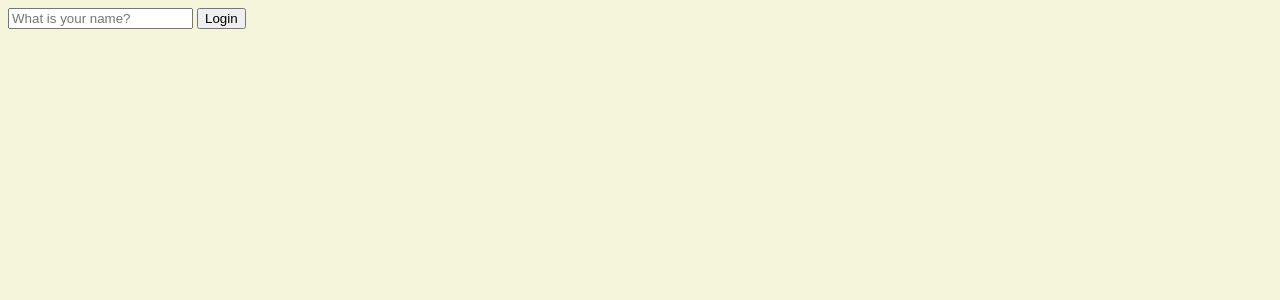
Repository: eunsuneun/js-momentum
Page: index.html
The author's editor kept a copy of each file at every save. The page is drawn from the files as they stood at one save, then again after a run of saves.
The browser window is 1280 px wide. The pictures show the whole page.

Above is the page before, as saved 2021-08-31 15:18:00.
Console error: SyntaxError: Unexpected token '}'

### index.html
<!DOCTYPE html>
<html lang="en">

<head>
  <meta charset="UTF-8">
  <meta name="viewport" content="width=device-width, initial-scale=1.0">
  <link rel="stylesheet" href="style.css">
  <script src="app.js"></script>
  <title>Momentum</title>
</head>
<div class="login-form">
  <input type="text" placeholder="What is your name?">
  <button>Login</button>
</div>

<body>

</body>

</html>

### style.css
body {
  background: beige;
}

### app.js
document.addEventListener('DOMContentLoaded', () => {
  const $loginForm = document.querySelector('.login-form');
  const $loginInput = $loginForm.querySelector('input');
  const $loginButton = $loginForm.querySelector('button');
  $loginForm.style.background = 'red';
  $loginInput.style.background = 'red';
  $loginButton.style.background = 'red';
  function onLogintnClick() {
    if($loginInput !=='')
  }
    $loginButton.addEventListener('click', onLogintnClick);
});

After the next 4 saves:
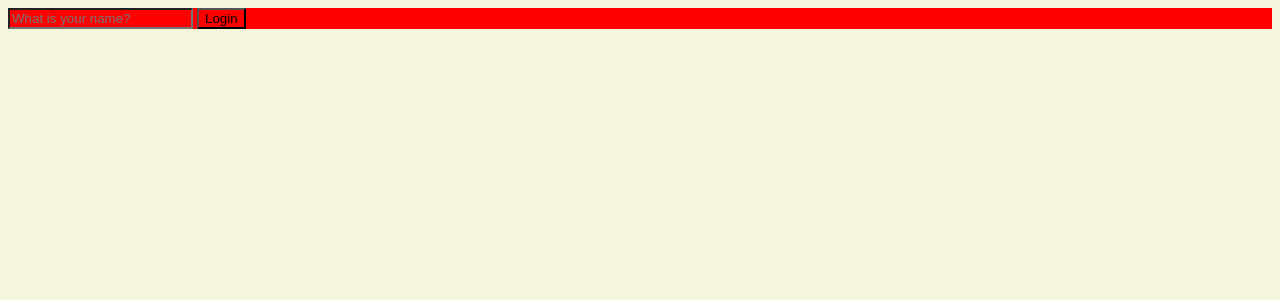
The error is gone.
The 4 saves are shown as one change because they came seconds apart.
The last was saved 16 s later.
--- a/app.js
+++ b/app.js
@@ -6,7 +6,7 @@ document.addEventListener('DOMContentLoaded', () => {
   $loginInput.style.background = 'red';
   $loginButton.style.background = 'red';
   function onLogintnClick() {
-    if($loginInput !=='')
+    if ($loginInput !== '') console.log($loginInput.value);
   }
-    $loginButton.addEventListener('click', onLogintnClick);
+  $loginButton.addEventListener('click', onLogintnClick);
 });
